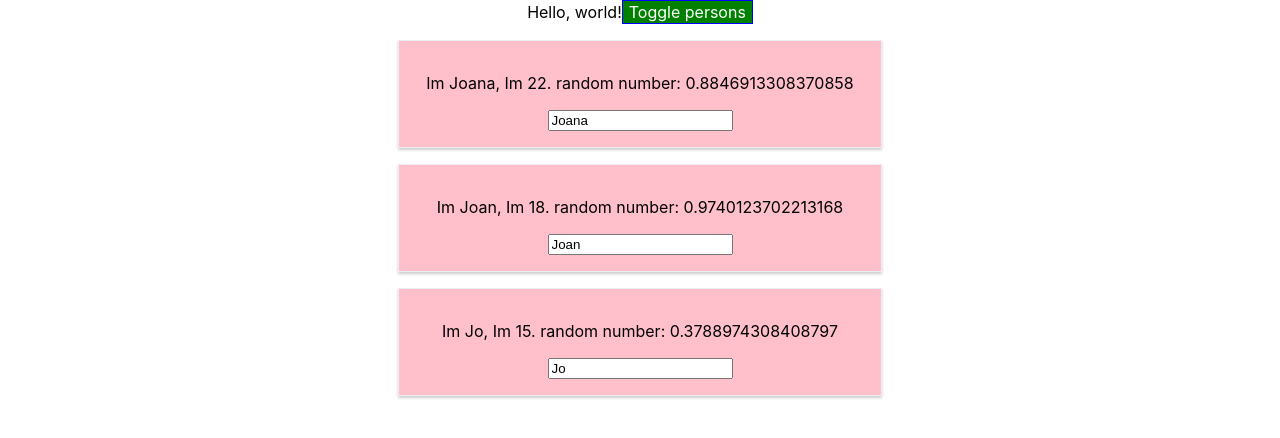
Repository: LironBlum/reactFirstApp
Page: /
These files come from the project's save history. The page is drawn as it stood at one moment and after the next save; the edit follows.
The browser window is 1280 px wide. The pictures show the whole page.
The project was rebuilt for these pictures with package versions that can differ from the ones it lists, and the page was loaded fresh each time. Also part of the build but not shown: src/components/ErrorBoundary/ErrorBoundary.jsx.

Above is the page before, as saved 2020-09-20 18:32:01.

After the next save:
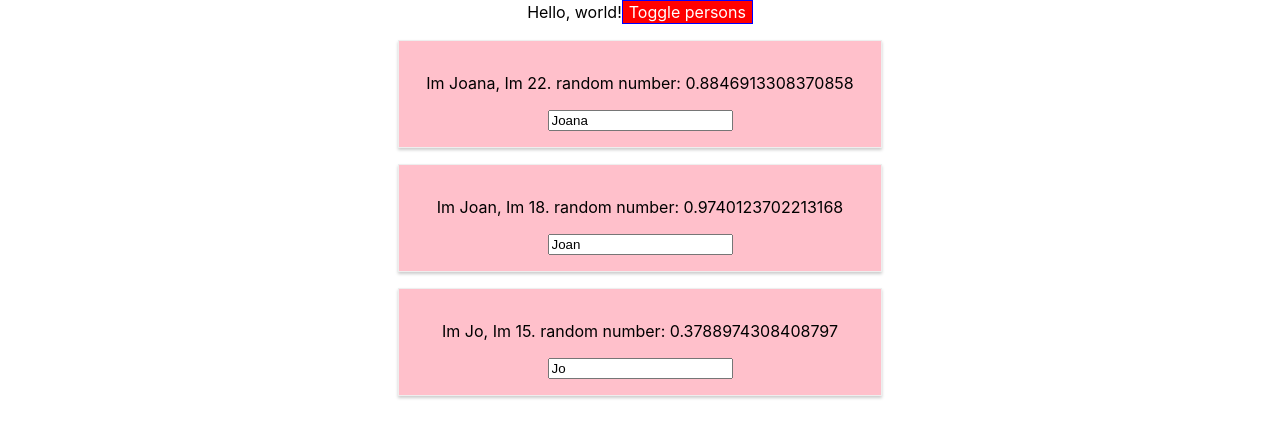
Saved 24 s later.
--- a/src/containers/App.js
+++ b/src/containers/App.js
@@ -11,7 +11,7 @@ class App extends Component {
       { id: '2', name: 'Joan', age: 18 },
       { id: '3', name: 'Jo', age: 15 },
     ],
-    showPersons: true
+    isShowPersons: true
   }
 
   // Two way binding example
@@ -57,7 +57,7 @@ class App extends Component {
 
   render() {
     let persons = null;
-    if (this.state.showPersons) {
+    if (this.state.isShowPersons) {
       persons = (
         <div>
           <Persons
@@ -71,10 +71,12 @@ class App extends Component {
     return (
       <div className="App">
         <Cockpit
-          persons={this.state.persons} />
+          persons={this.state.persons}
+          isShowPersons={this.state.isShowPersons}
+          togglePersonsHandle={this.state.togglePersonsHandle}
+        />
         {persons}
       </div>
-
     );
   }
 }
